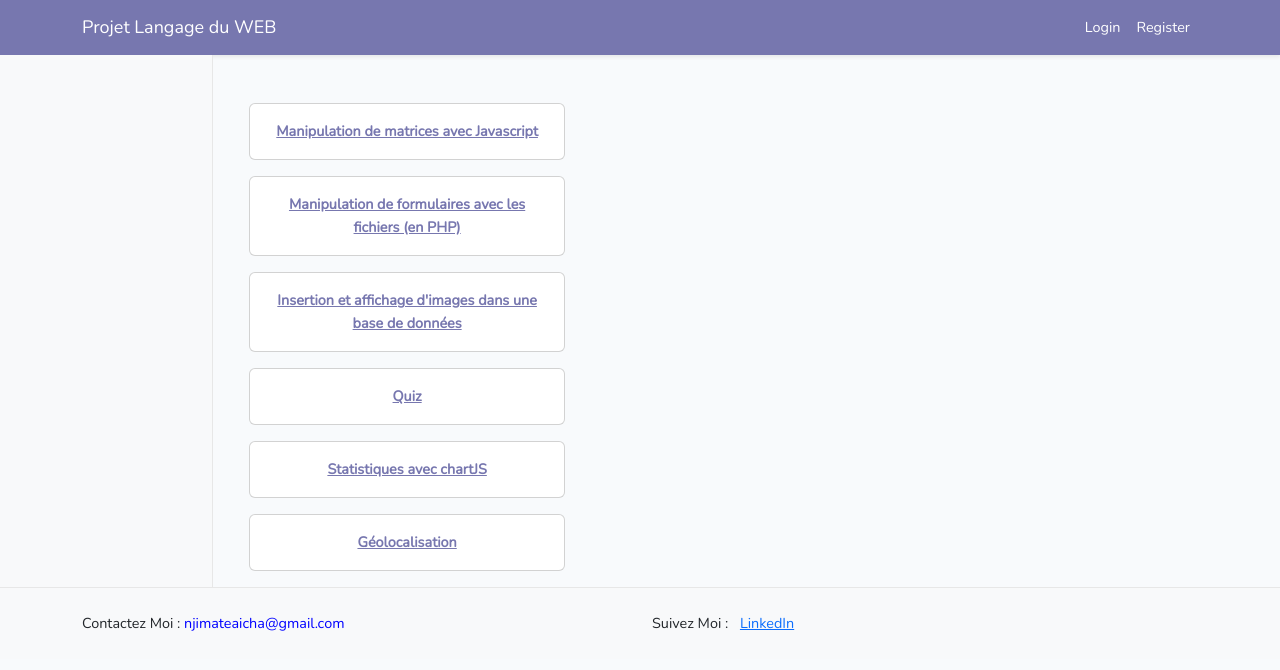
Repository: NjimateAicha/LaravelWeb
Page: http://localhost/projets
An editor plug-in stored every save of this project. The page is shown before and after the next save, followed by the edit.
The browser window is 1280 px wide. The pictures show the whole page.
Some web libraries are served in a nearby version. The page is served by the project's Laravel application, run on PHP 8.4 with Laravel 9. Other server files are loaded and not shown. Style sheets and scripts are compiled from the project's sources, by tool versions that may differ from the author's.

Above is the page before, as saved 2024-05-19 16:58:45.

### routes/web.php
<?php

use App\Http\Controllers\AproposDeMoiController;
use App\Http\Controllers\ChartsController;
use App\Http\Controllers\EtudiantController;
use App\Http\Controllers\formulairesController;
use App\Http\Controllers\ImageController;
use App\Http\Controllers\JsController;
use App\Http\Controllers\MapController;
use App\Http\Controllers\MatriceController;
use App\Http\Controllers\PhpController;
use App\Http\Controllers\ProjetController;
use App\Http\Controllers\QuizController;
use Illuminate\Support\Facades\Auth;
use Illuminate\Support\Facades\Route;

/*
|--------------------------------------------------------------------------
| Web Routes
|--------------------------------------------------------------------------
|
| Here is where you can register web routes for your application. These
| routes are loaded by the RouteServiceProvider within a group which
| contains the "web" middleware group. Now create something great!
|
*/

Route::get('/', function () {
    return view('auth.login');
});


Auth::routes();

Route::get('/home', [App\Http\Controllers\HomeController::class, 'index'])->name('home');

Route::get('/projets', [ProjetController::class, 'index'])->name('projets.index');
Route::get('/aproposDeMoi', [AproposDeMoiController::class, 'index'])->name('aProposDeMoi.index');


/* CRUD Student */
Route::resource('/etudiant' ,EtudiantController::class );
/* CRUD image */
Route::resource('/image' ,ImageController::class );
/* CRUD Maps */
Route::resource('/map' ,MapController::class );
/* CRUD Charts */
Route::resource('/charts' ,ChartsController::class );
/* Matrice */
Route::resource('/matrice' ,MatriceController::class );
/* quiz */
Route::resource('/Quiz' ,QuizController::class );
Route::get('/quiz/javascript', [QuizController::class, 'javascriptQuiz'])->name('quiz.javascript');
Route::post('/quiz/calculateJS', [QuizController::class, 'calculateScoreJS'])->name('quiz.calculateJS');
Route::get('/quiz/php', [QuizController::class, 'phpQuiz'])->name('quiz.php');
Route::post('/quiz/calculatePHP', [QuizController::class, 'calculateScorePHP'])->name('quiz.calculatePHP');

### app/Http/Controllers/ProjetController.php
<?php

namespace App\Http\Controllers;

use Illuminate\Http\Request;

class ProjetController extends Controller
{
    public function index()
    {
        return view('projets.index');
    }
}

### resources/views/projets/index.blade.php
@extends('layouts.app')

@section('content')
    <div class="container mt-5">
        <div class="row">
            <div class="col-md-4">
                <a href="{{ route('matrice.index') }}" class="card clickable-card d-block mb-3 custom-card">
                    <div class="card-body">
                        Manipulation de matrices avec Javascript
                    </div>
                </a>
                <a href="{{ route('etudiant.create') }}" class="card clickable-card d-block mb-3 custom-card">
                    <div class="card-body">
                        Manipulation de formulaires avec les fichiers (en PHP)
                    </div>
                </a>
                <a href="{{ route('image.create') }}" class="card clickable-card d-block mb-3 custom-card">
                    <div class="card-body">
                        Insertion et affichage d'images dans une base de données
                    </div>
                </a>
                <a href="{{ route('Quiz.index') }} " class="card clickable-card d-block mb-3 custom-card">
                    <div class="card-body">
                        Quiz
                    </div>
                </a>
                <a href="{{ route('charts.index') }}" class="card clickable-card d-block mb-3 custom-card">
                    <div class="card-body">
                        Statistiques avec chartJS
                    </div>
                </a>
                <a href="{{ route('map.index') }}" class="card clickable-card d-block mb-3 custom-card">
                    <div class="card-body">
                        Géolocalisation
                    </div>
                </a>
            </div>
        </div>
    </div>
@endsection

<style>
    .custom-card {
        background-color: #7777af;
        color: white;
        transition: transform 0.2s;
        border: none;
        color: #7777af;
    }

    .custom-card:hover {
        transform: scale(1.05);
        box-shadow: 0 4px 8px #7777af;
    }

    .custom-card .card-body {
        text-align: center;
        font-weight: bold;
    }
</style>

### resources/views/layouts/app.blade.php
<!doctype html>
<html lang="{{ str_replace('_', '-', app()->getLocale()) }}">

<head>
    <meta charset="utf-8">
    <meta name="viewport" content="width=device-width, initial-scale=1">

    <!-- CSRF Token -->
    <meta name="csrf-token" content="{{ csrf_token() }}">

    <title>{{ config('app.name', 'Aicha\'s Portfolio') }}</title>

    <!-- Fonts -->
    <link rel="dns-prefetch" href="//fonts.bunny.net">
    <link href="https://fonts.bunny.net/css?family=Nunito" rel="stylesheet">

    <!-- Styles -->
    <link rel="stylesheet" href="https://maxcdn.bootstrapcdn.com/bootstrap/4.5.2/css/bootstrap.min.css">
    <style>
        body {
            font-family: 'Nunito', sans-serif;
        }
        .navbar {
            background-color: #7777af;
        }
        .navbar-brand, .navbar-nav .nav-link {
            color: white !important;
        }
        .sidebar {
            background-color: #f8f9fa;
            border-right: 1px solid #e7e7e7;
        }
        .sidebar .nav-link {
            color: #7777af;
        }
        .sidebar .nav-link:hover {
            color: #7777af;
        }
        footer {
            background-color: #f8f9fa;
            border-top: 1px solid #e7e7e7;
            padding: 10px 0;
        }
        footer p {
            margin: 0;
        }
    </style>
    <!-- Scripts -->
    @vite(['resources/sass/app.scss', 'resources/js/app.js'])
</head>

<body>
    <div id="app">
        <nav class="navbar navbar-expand-md navbar-light shadow-sm">
            <div class="container">
                <a class="navbar-brand" href="{{ url('/') }}">
                    Projet Langage du WEB
                </a>
                <button class="navbar-toggler" type="button" data-toggle="collapse" data-target="#navbarSupportedContent" aria-controls="navbarSupportedContent" aria-expanded="false" aria-label="{{ __('Toggle navigation') }}">
                    <span class="navbar-toggler-icon"></span>
                </button>

                <div class="collapse navbar-collapse" id="navbarSupportedContent">
                    <!-- Left Side Of Navbar -->
                    <ul class="navbar-nav me-auto"></ul>

                    <!-- Right Side Of Navbar -->
                    <ul class="navbar-nav ms-auto">
                        <!-- Authentication Links -->
                        @guest
                            @if (Route::has('login'))
                                <li class="nav-item">
                                    <a class="nav-link" href="{{ route('login') }}">{{ __('Login') }}</a>
                                </li>
                            @endif

                            @if (Route::has('register'))
                                <li class="nav-item">
                                    <a class="nav-link" href="{{ route('register') }}">{{ __('Register') }}</a>
                                </li>
                            @endif
                        @else
                            <li class="nav-item dropdown">
                                <a id="navbarDropdown" class="nav-link dropdown-toggle" href="#" role="button" data-toggle="dropdown" aria-haspopup="true" aria-expanded="false" v-pre>
                                    {{ Auth::user()->name }}
                                </a>

                                <div class="dropdown-menu dropdown-menu-right" aria-labelledby="navbarDropdown">
                                    <a class="dropdown-item" href="{{ route('logout') }}"
                                       onclick="event.preventDefault();
                                                     document.getElementById('logout-form').submit();">
                                        {{ __('Logout') }}
                                    </a>

                                    <form id="logout-form" action="{{ route('logout') }}" method="POST" class="d-none">
                                        @csrf
                                    </form>
                                </div>
                            </li>
                        @endguest
                    </ul>
                </div>
            </div>
        </nav>

        <div class="container-fluid">
            <div class="row">
                <nav class="col-md-2 d-none d-md-block sidebar">
                    <div class="position-sticky pt-3" style="height: 400px">
                        <ul class="nav flex-column">
                            @auth
                                <li class="nav-item ">
                                    <a class="nav-link active" aria-current="page" href="{{ route('aProposDeMoi.index') }}">À propos de moi</a>
                                </li>
                                <li class="nav-item">
                                    <a class="nav-link" href="{{ route('projets.index') }}">Mes Projets</a>
                                </li>

                            @endauth
                        </ul>
                    </div>
                </nav>
                <main class="col-md-9 ms-sm-auto col-lg-10 px-md-4">
                    @yield('content')
                </main>
            </div>
        </div>

        <footer class="bg-light py-4">
            <div class="container">
                <div class="row justify-content-between">
                    <div class="col-md-6">
                        {{-- <p>Contactez Moi :</p> --}}
                        <p class="d-inline">Contactez Moi : <span style="color: blue;">njimateaicha@gmail.com</span></p>
                    </div>
                    <div class="col-md-6">
                        <p class="d-inline-block me-2 mb-0">Suivez Moi :</p>
                        <a href="https://www.linkedin.com/" class="text-blue-500 hover:text-blue-700 d-inline-block" target="_blank">LinkedIn</a>
                    </div>
                </div>
            </div>
        </footer>
    </div>

    <!-- Bootstrap JS and dependencies -->
    <script src="https://code.jquery.com/jquery-3.5.1.slim.min.js"></script>
    <script src="https://cdn.jsdelivr.net/npm/@popperjs/core@2.5.4/dist/umd/popper.min.js"></script>
    <script src="https://maxcdn.bootstrapcdn.com/bootstrap/4.5.2/js/bootstrap.min.js"></script>
</body>

</html>

Loaded but not shown: app/Http/Controllers/Auth/ConfirmPasswordController.php (common file); app/Http/Controllers/Controller.php (common file); resources/sass/app.scss (common file); resources/sass/_variables.scss (common file)

After the next save:
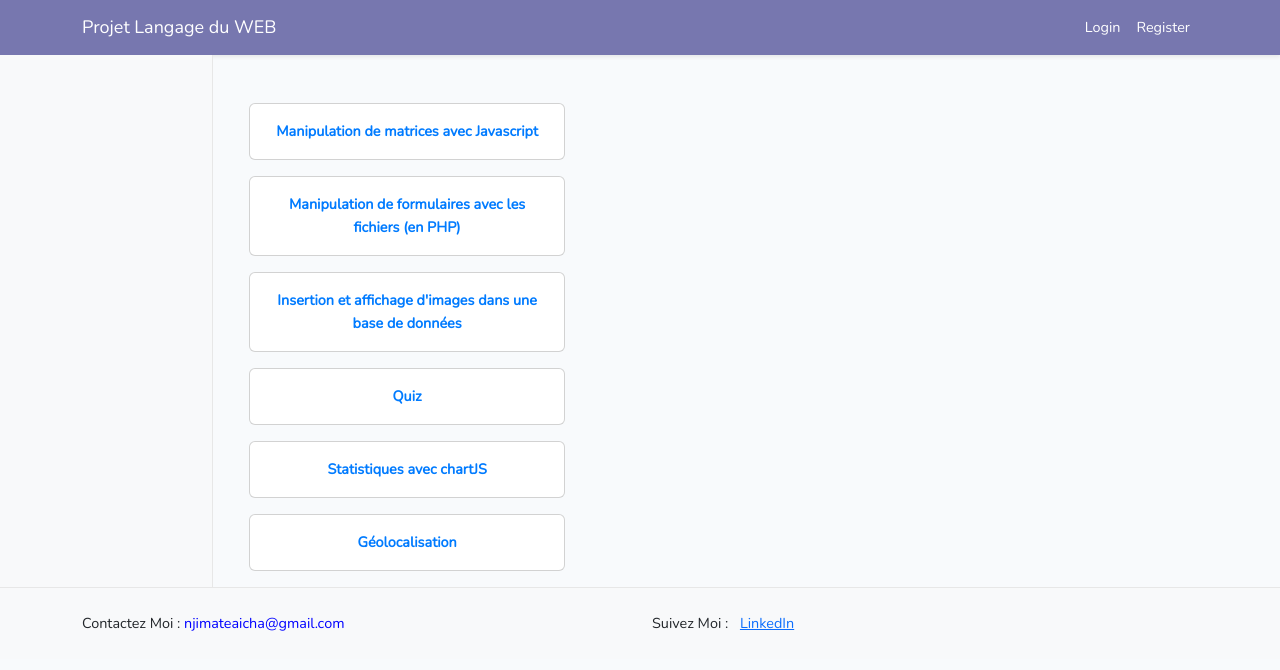
Saved 42 s later.
--- a/resources/views/projets/index.blade.php
+++ b/resources/views/projets/index.blade.php
@@ -6,32 +6,32 @@
             <div class="col-md-4">
                 <a href="{{ route('matrice.index') }}" class="card clickable-card d-block mb-3 custom-card">
                     <div class="card-body">
-                        Manipulation de matrices avec Javascript
+                        <span class="blue-text">Manipulation de matrices avec Javascript</span>
                     </div>
                 </a>
                 <a href="{{ route('etudiant.create') }}" class="card clickable-card d-block mb-3 custom-card">
                     <div class="card-body">
-                        Manipulation de formulaires avec les fichiers (en PHP)
+                        <span class="blue-text">Manipulation de formulaires avec les fichiers (en PHP)</span>
                     </div>
                 </a>
                 <a href="{{ route('image.create') }}" class="card clickable-card d-block mb-3 custom-card">
                     <div class="card-body">
-                        Insertion et affichage d'images dans une base de données
+                        <span class="blue-text">Insertion et affichage d'images dans une base de données</span>
                     </div>
                 </a>
                 <a href="{{ route('Quiz.index') }} " class="card clickable-card d-block mb-3 custom-card">
                     <div class="card-body">
-                        Quiz
+                        <span class="blue-text">Quiz</span>
                     </div>
                 </a>
                 <a href="{{ route('charts.index') }}" class="card clickable-card d-block mb-3 custom-card">
                     <div class="card-body">
-                        Statistiques avec chartJS
+                        <span class="blue-text">Statistiques avec chartJS</span>
                     </div>
                 </a>
                 <a href="{{ route('map.index') }}" class="card clickable-card d-block mb-3 custom-card">
                     <div class="card-body">
-                        Géolocalisation
+                        <span class="blue-text">Géolocalisation</span>
                     </div>
                 </a>
             </div>
@@ -45,16 +45,19 @@
         color: white;
         transition: transform 0.2s;
         border: none;
-        color: #7777af;
     }
 
     .custom-card:hover {
         transform: scale(1.05);
-        box-shadow: 0 4px 8px #7777af;
+        box-shadow: 0 4px 8px rgba(0, 0, 0, 0.2);
     }
 
     .custom-card .card-body {
         text-align: center;
         font-weight: bold;
     }
+
+    .blue-text {
+        color: #007bff; /* Couleur bleue pour le texte */
+    }
 </style>
